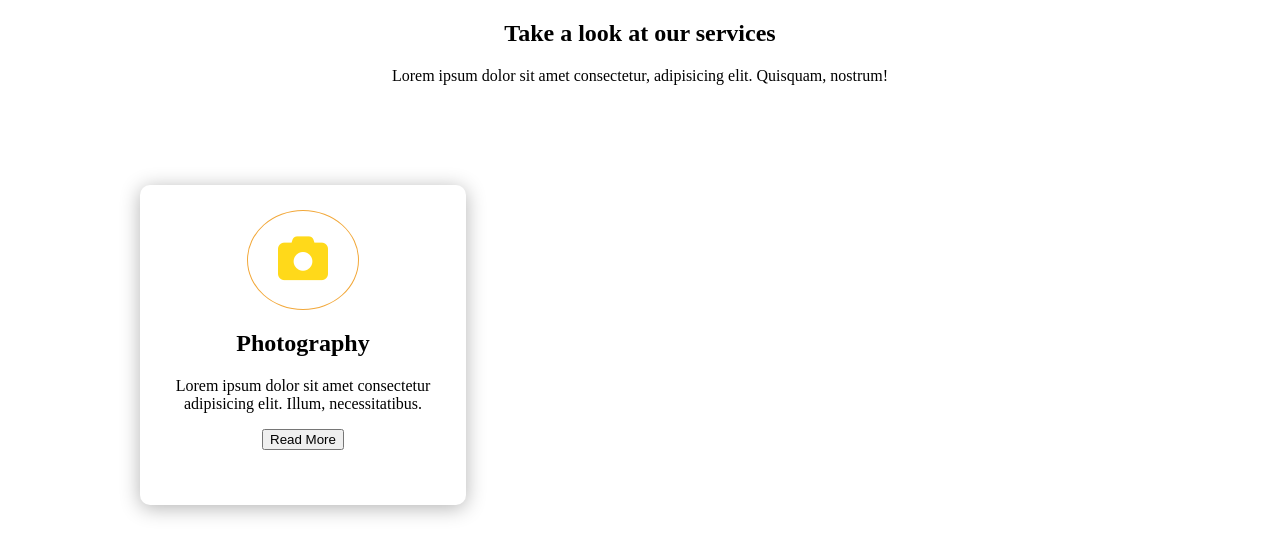
Repository: truongtn04/f8-fullstack-k5
Page: day05/ex03.html
These files come from the project's save history. The page is drawn as it stood at one moment and after the next save; the edit follows.
The browser window is 1280 px wide. The pictures show the whole page.

Above is the page before, as saved 2023-12-04 11:49:12.

### day05/ex03.html
<!DOCTYPE html>
<html lang="en">
<head>
    <meta charset="UTF-8">
    <meta name="viewport" content="width=device-width, initial-scale=1.0">
    <title>Document</title>
    <link rel="stylesheet" href="https://cdnjs.cloudflare.com/ajax/libs/font-awesome/6.5.1/css/all.min.css" integrity="sha512-DTOQO9RWCH3ppGqcWaEA1BIZOC6xxalwEsw9c2QQeAIftl+Vegovlnee1c9QX4TctnWMn13TZye+giMm8e2LwA==" crossorigin="anonymous" referrerpolicy="no-referrer" />
    <link rel="stylesheet" href="css/ex03.css">
</head>
<body>
    <section>
        <h1>Take a look at our services</h1>
        <p>Lorem ipsum dolor sit amet consectetur, adipisicing elit. Quisquam, nostrum!</p>
        <div class="list-products">
            <div class="item">
                <span><i class="fa-solid fa-camera" style="color: #ffd91a;"></i></span>
                <h2>Photography</h2>
                <p>Lorem ipsum dolor sit amet consectetur adipisicing elit. Illum, necessitatibus.</p>
                <button>Read More</button>
            </div>
        </div>
    </section>
</body>
</html>

### day05/css/ex03.css
section{
    width: 1000px;
    margin: 0 auto;
    text-align: center;
}
.list-products{
    margin-top: 100px;
}
.item{
    width: 300px;
    box-shadow: 0 3px 20px rgba(0, 0, 0, 0.3);
    padding: 10px 13px;
    border-radius: 10px;
    height: 300px;
}
.item span{
    display: inline-block;
    margin-top: 15px;
    padding: 20px 30px;
    border: 1px solid #f2a83a;
    border-radius: 50%;
    font-size: 50px;
}

After the next save:
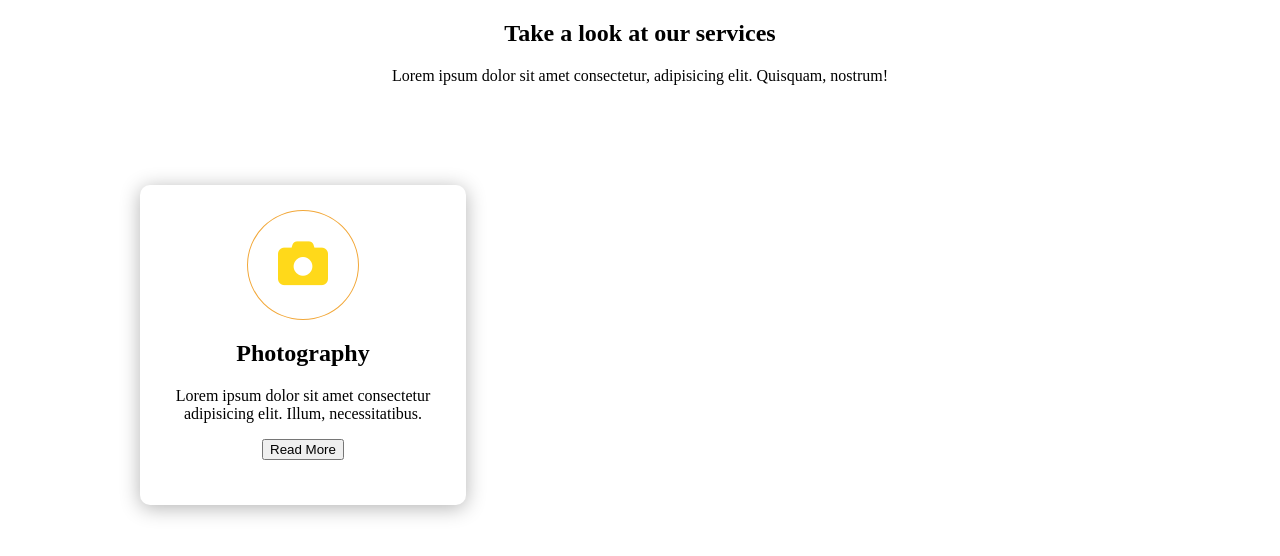
Saved 12 s later.
--- a/day05/css/ex03.css
+++ b/day05/css/ex03.css
@@ -16,7 +16,7 @@ section{
 .item span{
     display: inline-block;
     margin-top: 15px;
-    padding: 20px 30px;
+    padding: 25px 30px;
     border: 1px solid #f2a83a;
     border-radius: 50%;
     font-size: 50px;
